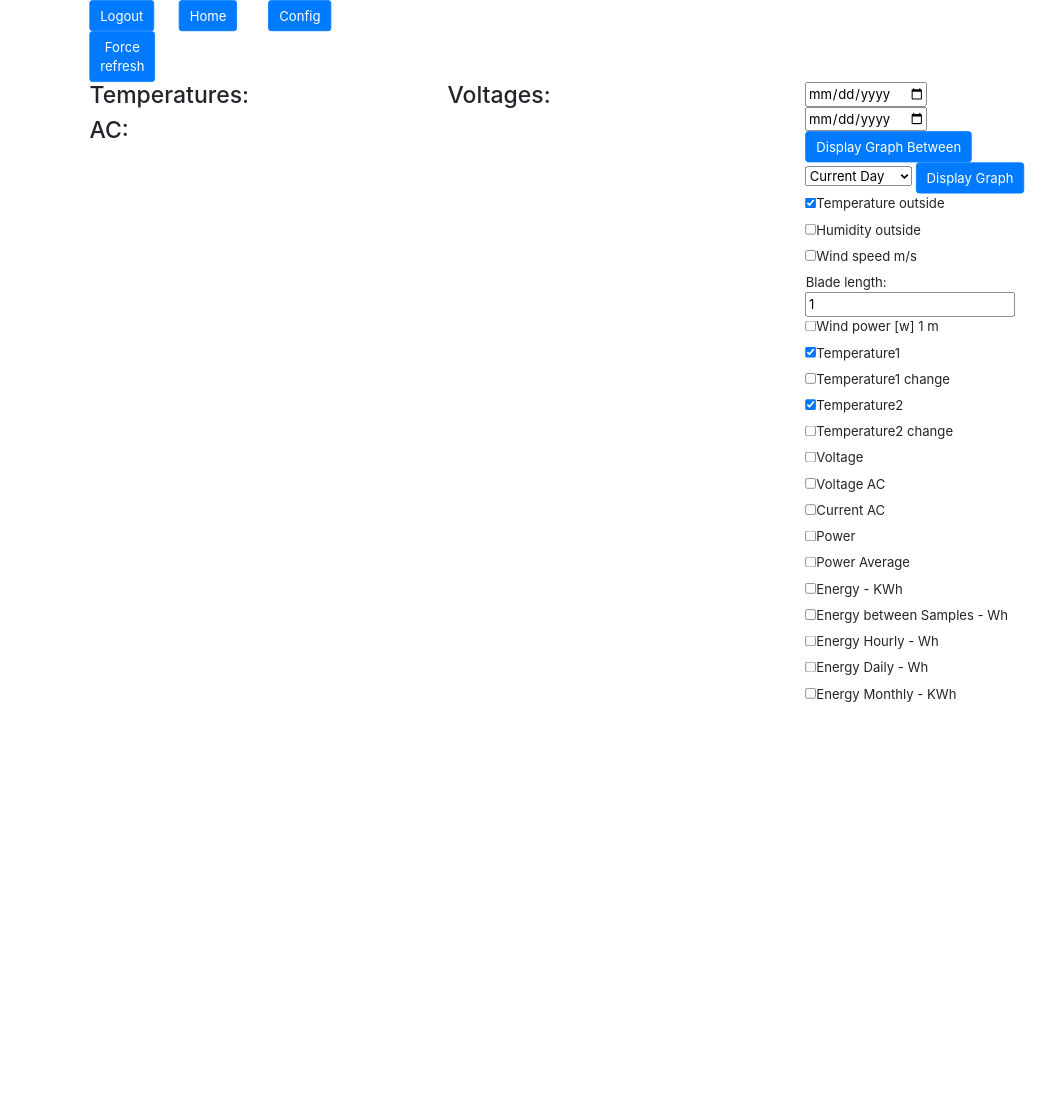
Repository: duicul/flaskRaspberryApp
Page: flask_pydev/templates/home_measure.html
The author's editor kept a copy of each file at every save. The page is drawn from the files as they stood at one save, then again after a run of saves.
The browser window is 1280 px wide. The page is 1295 px wide, so the pictures cover 1295 px, including what lies to the right of the window. The pictures show the whole page, at 82% of full size.
The page's requests for data from a server got no answer.

Above is the page before, as saved 2021-06-24 07:53:26.

After the next 3 saves:
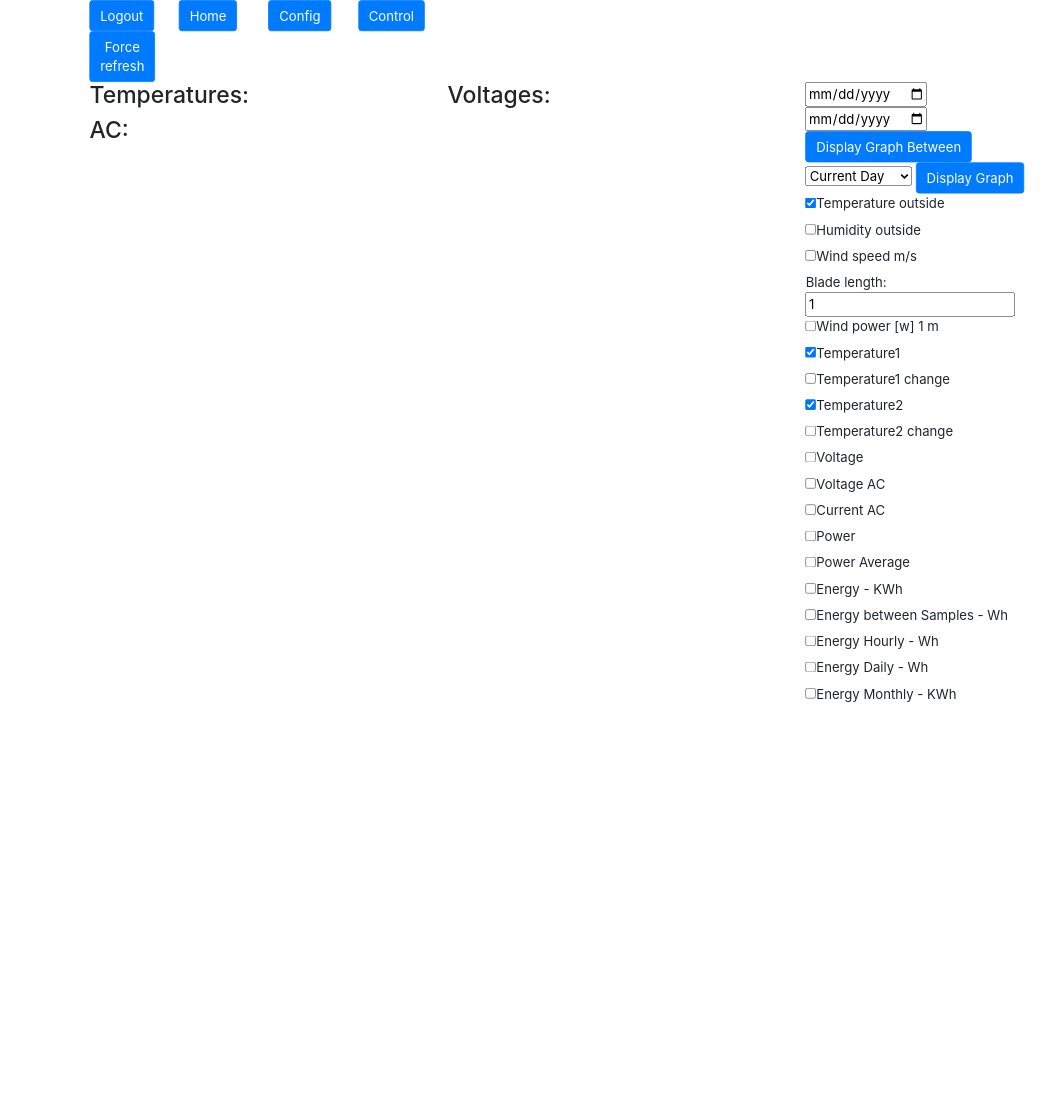
The 3 saves are shown as one change because they came seconds apart.
The last was saved 56 s later.
--- a/flask_pydev/templates/home_measure.html
+++ b/flask_pydev/templates/home_measure.html
@@ -34,6 +34,9 @@ background-color:rgb(100,120,180);
     </div>
     <div class="col-md-1">
         <a class="btn btn-primary" href="/home_station/config">Config</a>
+    </div>
+    <div class="col-md-1">
+        <a class="btn btn-primary" href="/home_station/control">Control</a>
     </div>
     <div class="col-md-8" >
     </div>
